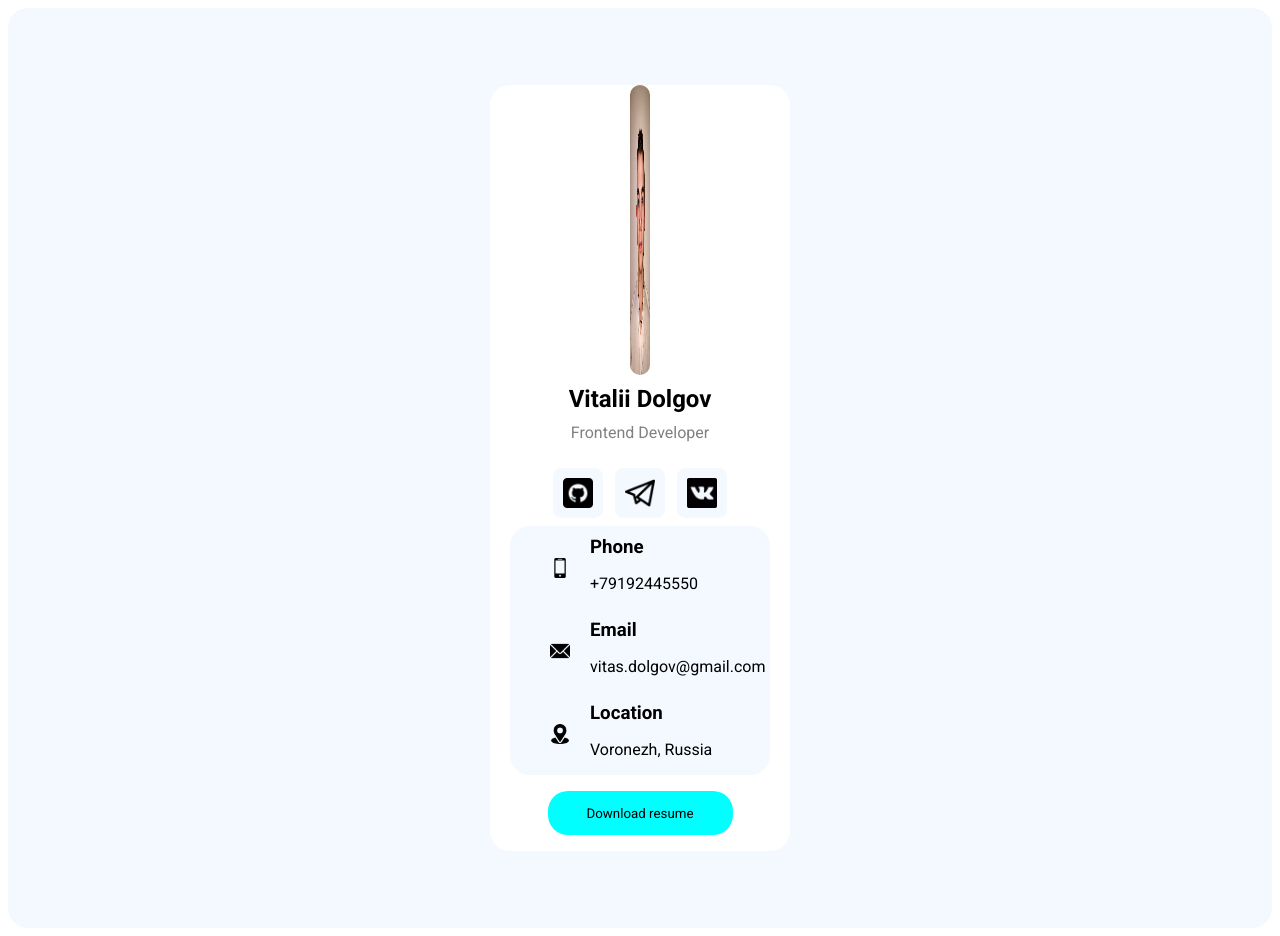
Repository: VitasYo/User_card
Page: src/index.html
The author's editor kept a copy of each file at every save. The page is drawn from the files as they stood at one save, then again after a run of saves.
The browser window is 1280 px wide. The pictures show the whole page.

Above is the page before, as saved 2024-04-09 23:39:46.

After the next 2 saves:
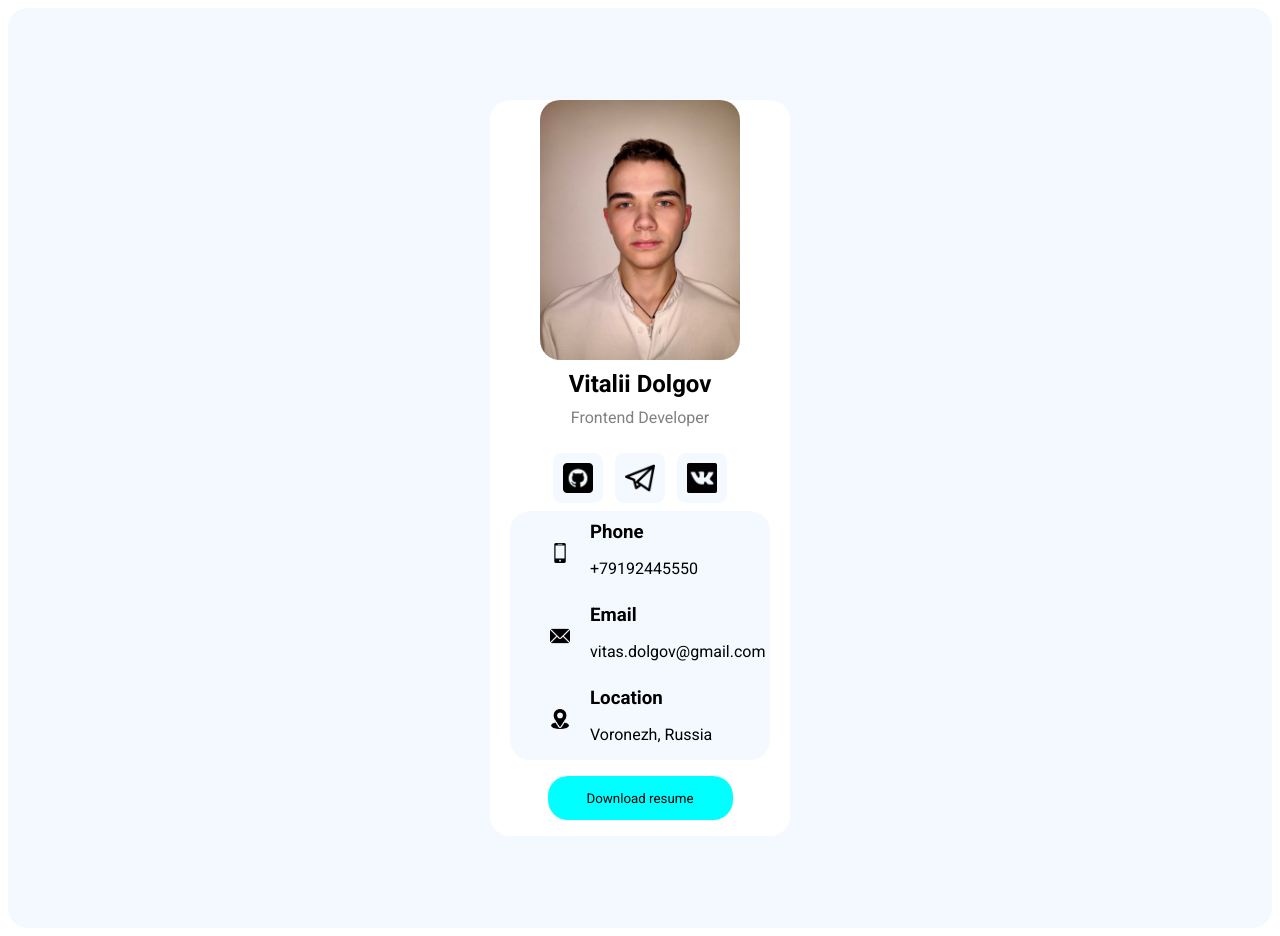
The 2 saves are shown as one change because they came seconds apart.
The last was saved 6 s later.
--- a/assets/css/index.css
+++ b/assets/css/index.css
@@ -37,8 +37,8 @@
 }
 
 .avatar {
-  width: 20px;
-  height: 290px;
+  width: 200px;
+  height: 260px;
   border-radius: 20px;
 }
 
